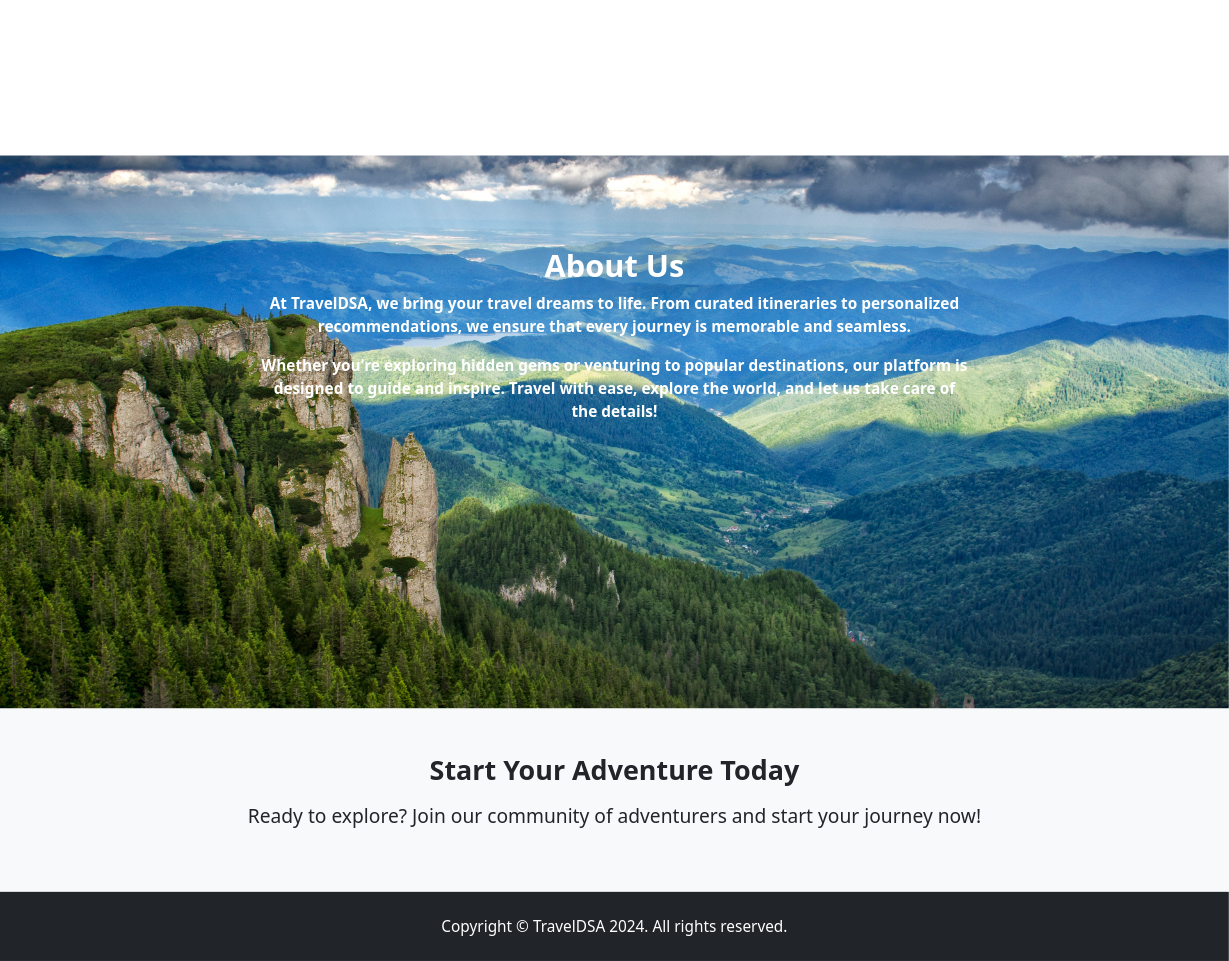
Repository: bettowww/TravelDSA
Page: /home
The author's editor kept a copy of each file at every save. The page is drawn from the files as they stood at one save, then again after the next save.
The browser window is 1280 px wide. The pictures show the whole page, at 96% of full size.
The project was rebuilt for these pictures with package versions that can differ from the ones it lists, and the page was loaded fresh each time. The framework's server and built-in components were replaced by stand-ins that run in the browser. Also part of the build but not shown: next.config.mjs.

Above is the page before, as saved 2024-12-10 13:54:20.

### app/home/page.jsx
"use client";

// import React, { useState } from "react";
// import { useRouter } from "next/navigation";

import "../../styles/home.css"; // Importă stilurile CSS
import "bootstrap/dist/css/bootstrap.min.css"; // Import Bootstrap CSS

const HomePage = () => {
  // const router = useRouter(); // Pentru navigare

  return (
    <div>
      {/* Header Section */}
      <header>
        <div className="text-center my-5">

          <h1 className="text-white fs-3 fw-bolder">Welcome to TravelDSA</h1>
          <p className="text-white-50 mb-0">
            Your trusted travel companion for exploring the world.
          </p>
        </div>
      </header>

      {/* About Us Section */}
      <section
        className="py-5 about-us-section"
        style={{
          backgroundImage: `url("/pictures/homepage.jpg")`,
          backgroundSize: "cover",
          backgroundPosition: "center",
          backgroundRepeat: "no-repeat",
          color: "#fff",
          padding: "80px 20px", // Increase padding for larger content area
          minHeight: "80vh", // Ensure the section spans at least the full height of the viewport
        }}
      >
        <div className="container my-5">
          <div className="row justify-content-center">
            <div className="col-lg-8 text-center">
              <h2 className="fw-bold">About Us</h2>
              <p className="fw-bold">
                At TravelDSA, we bring your travel dreams to life. From curated
                itineraries to personalized recommendations, we ensure that
                every journey is memorable and seamless.
              </p>
              <p className="fw-bold">
                Whether you're exploring hidden gems or venturing to popular
                destinations, our platform is designed to guide and inspire.
                Travel with ease, explore the world, and let us take care of the
                details!
              </p>
            </div>
          </div>
        </div>
      </section>


      {/* Call to Action Section */}
      <section className="py-5 bg-light">
        <div className="container text-center">
          <h3 className="fw-bold mb-3">Start Your Adventure Today</h3>
          <p className="lead">
            Ready to explore? Join our community of adventurers and start your
            journey now!
          </p>
        </div>
      </section>

      {/* Footer */}
      <footer className="py-4 bg-dark">
        <div className="container">
          <p className="m-0 text-center text-white">
            Copyright &copy; TravelDSA 2024. All rights reserved.
          </p>
        </div>
      </footer>
    </div>
  );
};

export default HomePage;

Loaded but not shown: styles/home.css (library)

After the next save:
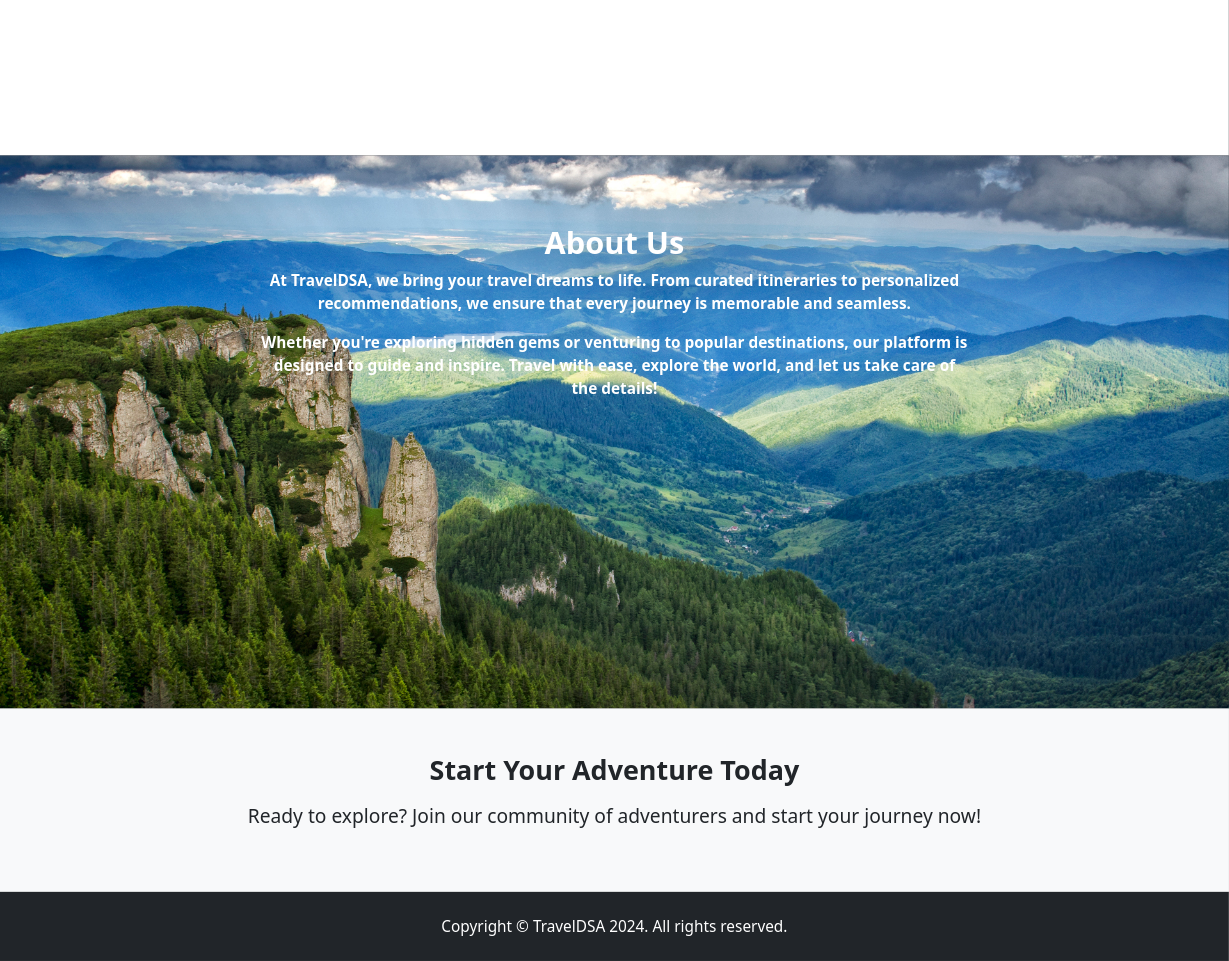
Saved 69 s later.
--- a/app/home/page.jsx
+++ b/app/home/page.jsx
@@ -24,7 +24,7 @@
 
       {/* About Us Section */}
       <section
-        className="py-5 about-us-section"
+        className="py-4 bg-dark text-center"
         style={{
           backgroundImage: `url("/pictures/homepage.jpg")`,
           backgroundSize: "cover",

After the save that followed:
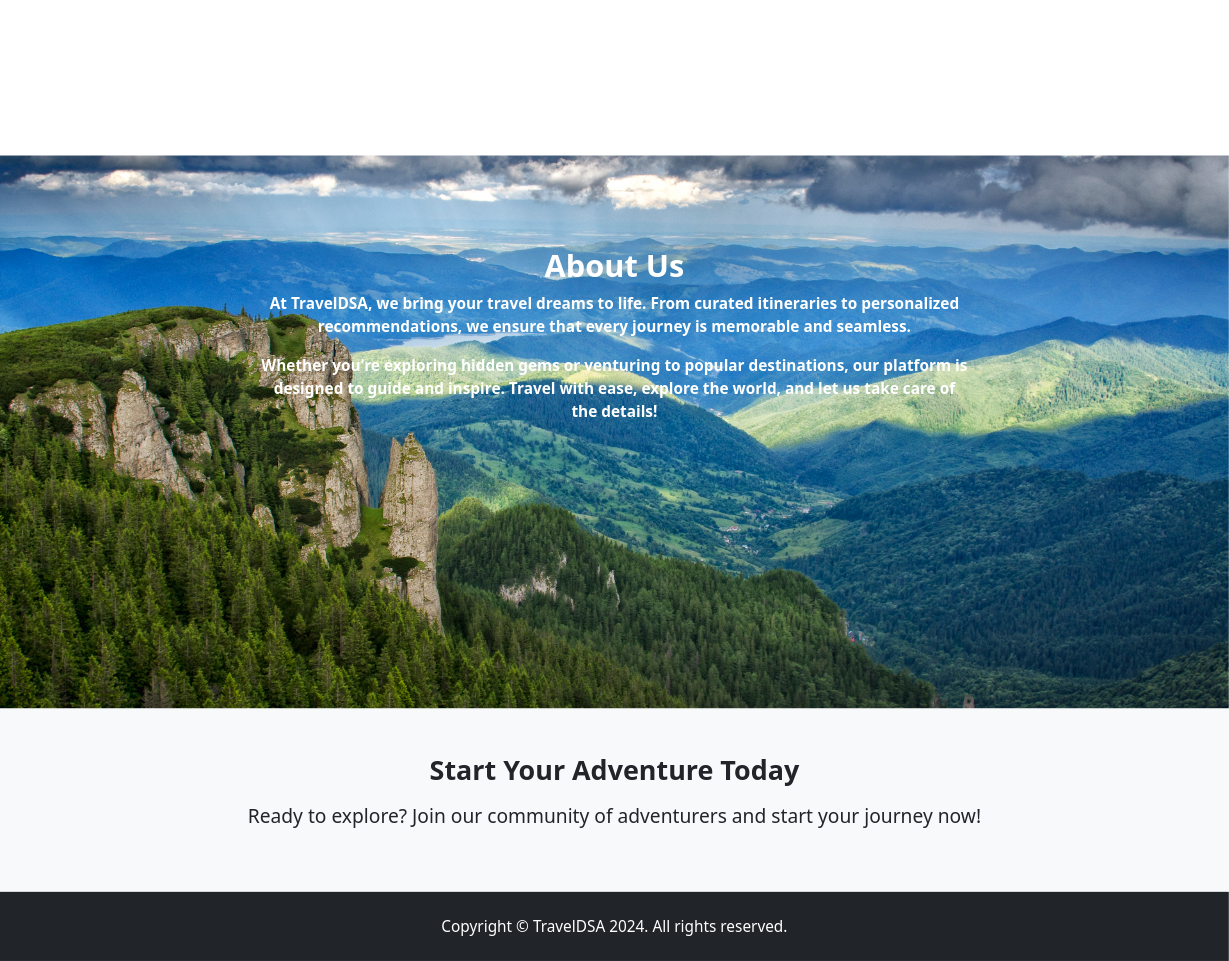
Saved 12 s later.
--- a/app/home/page.jsx
+++ b/app/home/page.jsx
@@ -24,7 +24,7 @@
 
       {/* About Us Section */}
       <section
-        className="py-4 bg-dark text-center"
+        className="py-5 about-us-section"
         style={{
           backgroundImage: `url("/pictures/homepage.jpg")`,
           backgroundSize: "cover",
